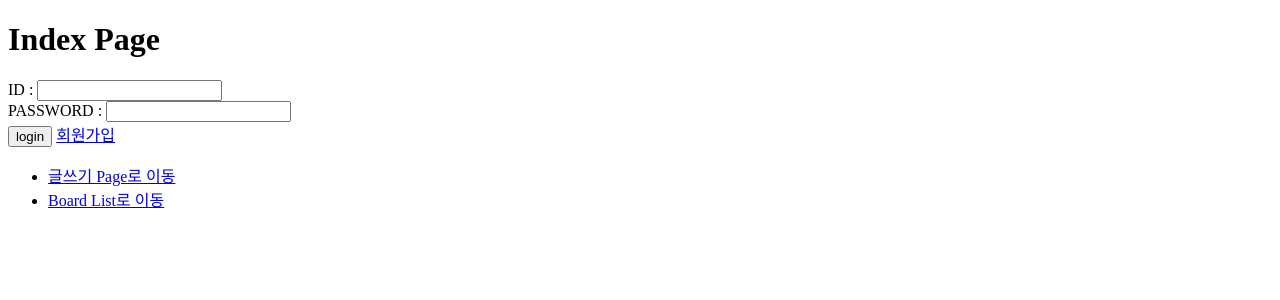
Repository: kurunai/jsp3
Page: http://localhost/jsp_project/
An editor plug-in stored every save of this project. The page is shown before and after the next save, followed by the edit.
The browser window is 1280 px wide. The pictures show the whole page.
The page is served by Tomcat 9. Other server files are loaded and not shown.

Above is the page before, as saved 2022-08-25 06:02:46.

### _jsp2_workspace/jsp_project/src/main/webapp/index.jsp
<%@ page language="java" contentType="text/html; charset=UTF-8"
    pageEncoding="UTF-8"%>
<%@ taglib uri="http://java.sun.com/jsp/jstl/core" prefix="c"%>
<!DOCTYPE html>
<html>
<head>
<meta charset="UTF-8">
<title>Insert title here</title>
</head>
<body>
	<h1>Index Page</h1>
	<form action="/mem/login" method="post">
	ID : <input type="text" name="id"><br>
	PASSWORD : <input type="text" name="password"><br>
	<button type="submit">login</button>
	<a href="/mem/join.jsp">회원가입</a>
	</form>

	<!-- 로그인 연결시 -->

	<ul>
		<li>
			<a href="/brd/register">글쓰기 Page로 이동</a>
		</li>
		<li>
			<a href="/brd/list">Board List로 이동</a>
		</li>
	</ul>

</body>
</html>

After the next save:
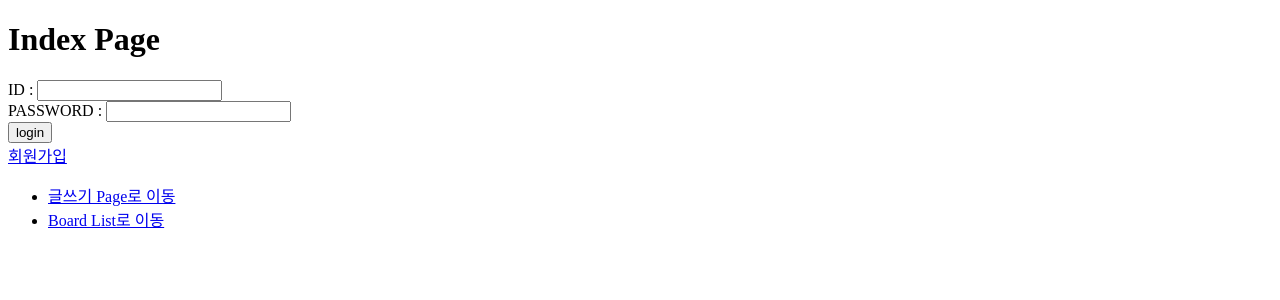
Saved 64 s later.
--- a/_jsp2_workspace/jsp_project/src/main/webapp/index.jsp
+++ b/_jsp2_workspace/jsp_project/src/main/webapp/index.jsp
@@ -12,7 +12,7 @@
 	<form action="/mem/login" method="post">
 	ID : <input type="text" name="id"><br>
 	PASSWORD : <input type="text" name="password"><br>
-	<button type="submit">login</button>
+	<button type="submit">login</button><br>
 	<a href="/mem/join.jsp">회원가입</a>
 	</form>
 
